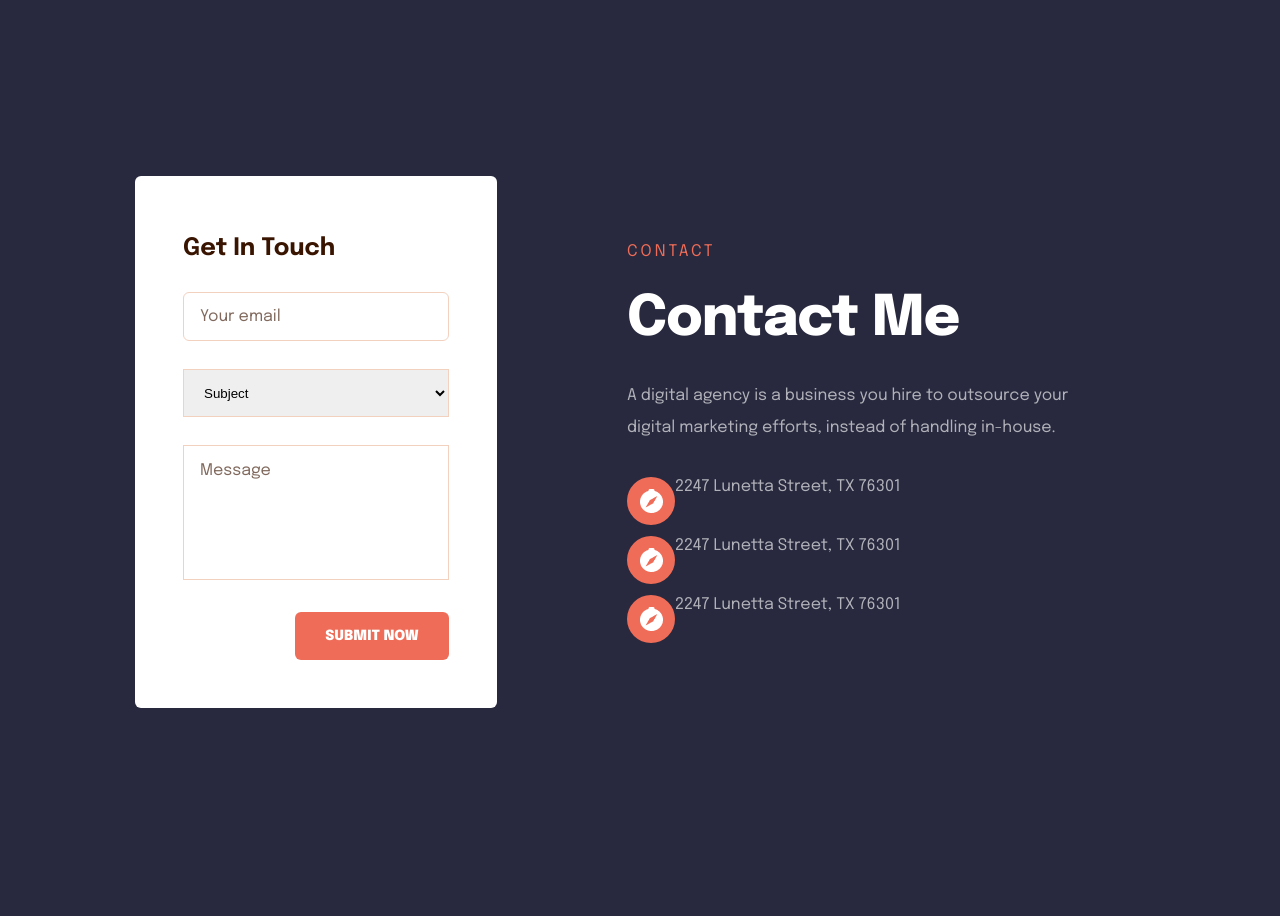
Repository: simralgasimov/contact-me
Page: index.html
An editor plug-in stored every save of this project. The page is shown before and after the next save, followed by the edit.
The browser window is 1280 px wide. The pictures show the whole page.

Above is the page before, as saved 2023-10-04 13:41:56.

After the next save:
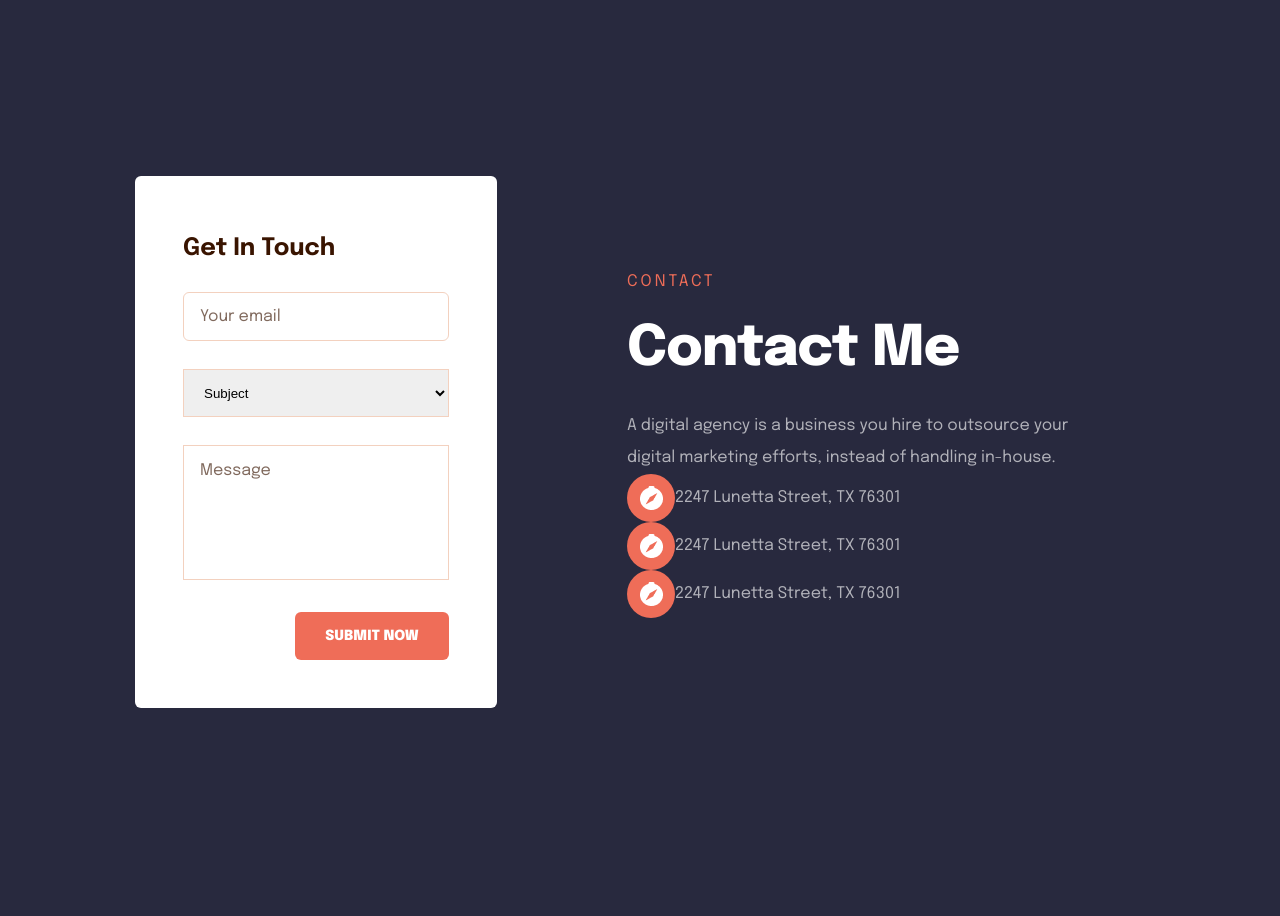
Saved 58 s later.
--- a/index.css
+++ b/index.css
@@ -13,7 +13,7 @@
   /* justify-content: space-between; */
 }
 
-.container p {
+.container form p {
   margin-bottom: 27px;
   color: var(--Text_Dark, #391400);
   font-feature-settings: "clig" off, "liga" off;
